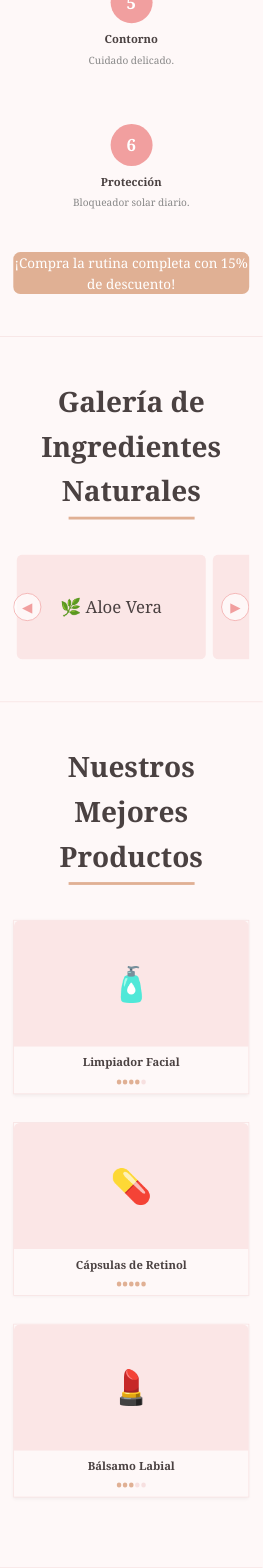
Repository: NovaSystem-DG/tienda-online
Page: index.html
An editor plug-in stored every save of this project. The page is shown before and after the next save, followed by the edit.
The browser window is 375 px wide. The pictures show the part of the page from y = 2163 to 4403 px (the page is 4403 px tall before and 4283 px after), at 70% of full size.

Above is the page before, as saved 2025-12-10 12:58:14.

### index.html
<!DOCTYPE html>
<html lang="es">

<head>
  <meta charset="UTF-8">
  <meta name="viewport" content="width=device-width, initial-scale=1.0">
  <title>Glow Beauty Co.</title>
  <link rel="stylesheet" href="style.css">
</head>

<body>
  <header class="header-nav">
    <div class="container">
      <nav class="navbar">
        <span class="logo">Glow Beauty Co.</span>
        <ul class="nav-links">
          <li><a href="#">Inicio</a></li>
          <li><a href="#">Tienda</a></li>
          <li><a href="#">Rutinas</a></li>
          <li><a href="#">Tutoriales</a></li>
          <li><a href="#">Contacto</a></li>
        </ul>
      </nav>
    </div>
  </header>

  <main>
    <section class="section what-we-do">
      <div class="container">
        <h2>Descubre el Resplandor</h2>
        <div class="line-divider"></div>
        <div class="content-row">
          <div class="video-placeholder">
            <img src="Crema-facial.jpg" alt="Placeholder de Video"
              class="video-img">

          </div>
          <div class="text-content-box">
            <h3>Nuestra Crema Hidratante Esencial</h3>

            <p class="real-text">
              La clave para una piel radiante. Nuestra crema esencial ofrece hidratación profunda por 24 horas.
              Formulada con ingredientes activos botánicos para calmar y revitalizar la piel sensible.
              Absorción rápida sin dejar residuos grasos.
            </p>

            <p class="description-text">Fórmula vegana con ácido hialurónico y niacinamida.</p>
          </div>
        </div>
        <button class="btn-primary">VER TIENDA</button>
      </div>
    </section>

    <section class="section travel-org-section">
      <div class="container">
        <h2>Tu Rutina de Belleza Perfecta</h2>
        <div class="line-divider"></div>
        <div class="grid-3-col">
          <div class="item-card">
            <div class="icon-placeholder">1</div>
            <h4>Limpieza</h4>
            <p class="step-desc">Remueve impurezas.</p>
          </div>
          <div class="item-card">
            <div class="icon-placeholder">2</div>
            <h4>Sérum</h4>
            <p class="step-desc">Tratamiento concentrado.</p>
          </div>
          <div class="item-card">
            <div class="icon-placeholder">3</div>
            <h4>Hidratación</h4>
            <p class="step-desc">Sella la humedad.</p>
          </div>
          <div class="item-card">
            <div class="icon-placeholder">4</div>
            <h4>Mascarilla</h4>
            <p class="step-desc">Nutrición semanal.</p>
          </div>
          <div class="item-card">
            <div class="icon-placeholder">5</div>
            <h4>Contorno</h4>
            <p class="step-desc">Cuidado delicado.</p>
          </div>
          <div class="item-card">
            <div class="icon-placeholder">6</div>
            <h4>Protección</h4>
            <p class="step-desc">Bloqueador solar diario.</p>
          </div>
        </div>
        <div class="full-width-placeholder">
          <p>¡Compra la rutina completa con 15% de descuento!</p>
        </div>
      </div>
    </section>

    <section class="section island-view-section">
      <div class="container">
        <h2>Galería de Ingredientes Naturales</h2>
        <div class="line-divider"></div>

        <div class="carousel-container" id="carousel-container">
          <div class="carousel-track">
            <div class="gallery-item">🌿 Aloe Vera</div>
            <div class="gallery-item">💧 Ácido Hialurónico</div>
            <div class="gallery-item">🥑 Aguacate</div>
            <div class="gallery-item">🌹 Rosa Mosqueta</div>
            <div class="gallery-item">🍃 Té Verde</div>
            <div class="gallery-item">🍊 Vitamina C</div>
          </div>
          <button class="prev-btn">◀</button>
          <button class="next-btn">▶</button>
        </div>
      </div>
    </section>

    <section class="section packages-section">
      <div class="container">
        <h2>Nuestros Mejores Productos</h2>
        <div class="line-divider"></div>
        <div class="grid-3-col">
          <div class="package-card">
            <div class="package-image">🧴</div>
            <p>Limpiador Facial</p>
            <div class="rating-dots">
              <span>•</span><span>•</span><span>•</span><span>•</span><span class="unfilled">•</span>
            </div>
          </div>
          <div class="package-card">
            <div class="package-image">💊</div>
            <p>Cápsulas de Retinol</p>
            <div class="rating-dots">
              <span>•</span><span>•</span><span>•</span><span>•</span><span>•</span>
            </div>
          </div>
          <div class="package-card">
            <div class="package-image">💄</div>
            <p>Bálsamo Labial</p>
            <div class="rating-dots">
              <span>•</span><span>•</span><span>•</span><span class="unfilled">•</span><span class="unfilled">•</span>
            </div>
          </div>
        </div>
        <div class="text-line medium spacer-line"></div>
        <div class="text-line small"></div>
      </div>
    </section>
  </main>

  <footer class="footer">
    <div class="container">
    </div>
  </footer>

  <script>
document.addEventListener('DOMContentLoaded', function() {
    const carouselContainer = document.getElementById('carousel-container');
    if (!carouselContainer) return;

    const track = carouselContainer.querySelector('.carousel-track');
    const items = carouselContainer.querySelectorAll('.gallery-item');
    const prevButton = carouselContainer.querySelector('.prev-btn');
    const nextButton = carouselContainer.querySelector('.next-btn');


    let currentIndex = 0;
    const maxIndex = items.length - 3;


    function updateCarousel() {
        const offset = -currentIndex * (100 / 3);
        track.style.transform = `translateX(${offset}%)`;
    }

    nextButton.addEventListener('click', () => {
        if (currentIndex < maxIndex) {
            currentIndex++;
        } else {
            currentIndex = 0;
        }
        updateCarousel();
    });

    prevButton.addEventListener('click', () => {
        if (currentIndex > 0) {
            currentIndex--;
        } else {
            currentIndex = maxIndex;
        }
        updateCarousel();
    });

    updateCarousel();
});


  </script>
</body>

</html>

### style.css
:root {
    --primary-color: #f19f9f;
    --accent-color: #e0b094;
    --light-bg-color: #fef8f8;
    --dark-text: #4a4141;
    --light-text: #ffffff;
    --border-color: #f7e0e0;
    --placeholder-color: #fbe6e6;
}

* {
    box-sizing: border-box;
    margin: 0;
    padding: 0;
}

body {
    font-family: 'Georgia', serif;
    background-color: var(--light-bg-color);
    color: var(--dark-text);
    line-height: 1.6;
}

.container {
    width: 90%;
    max-width: 1200px;
    margin: 0 auto;
}

a {
    text-decoration: none;
    color: inherit;
    transition: color 0.3s;
}

.header-nav {
    background-color: var(--primary-color);
    color: var(--light-text);
    padding: 15px 0;
}

.navbar {
    display: flex;
    justify-content: space-between;
    align-items: center;
}

.logo {
    font-weight: bold;
    font-size: 1.5em;
    letter-spacing: 1px;
}

.nav-links {
    list-style: none;
    display: flex;
}

.nav-links li {
    margin-left: 25px;
}

.nav-links a:hover {
    color: var(--accent-color);
}


.section {
    padding: 60px 0;
    text-align: center;
    border-bottom: 1px solid var(--border-color);
}

h2 {
    font-size: 2.5em;
    margin-bottom: 5px;
    color: var(--dark-text);
}

.line-divider {
    width: 180px;
    height: 4px;
    background-color: var(--accent-color);
    margin: 0 auto 50px auto;
}


.what-we-do .content-row {
    display: flex;
    align-items: center;
    justify-content: center;
    gap: 40px;
    margin-bottom: 30px;
}


.video-placeholder {
    width: 350px;
    height: 200px;
    border-radius: 12px;
    box-shadow: 0 4px 8px rgba(0, 0, 0, 0.05);
    position: relative; /* Para posicionar el ícono de play */
    overflow: hidden;
    cursor: pointer;
}

.video-placeholder .video-img {
    width: 100%;
    height: 100%;
    object-fit: cover;
    display: block;
}



.text-content-box {
    width: 450px;
    padding: 25px;
    border: 2px solid var(--placeholder-color);
    border-radius: 12px;
    text-align: left;
}

.text-content-box h3 {
    color: var(--accent-color);
    margin-bottom: 10px;
}

.real-text {
    margin-bottom: 15px;
    color: var(--dark-text);
}

.description-text {
    color: var(--dark-text);
    font-style: italic;
    margin-top: 15px;
}


.text-line { display: none; }
.item-card .text-line { display: block; }


.btn-primary {
    background-color: var(--accent-color);
    color: var(--light-text);
    border: none;
    padding: 12px 30px;
    border-radius: 30px;
    cursor: pointer;
    font-weight: bold;
    letter-spacing: 1px;
    margin-top: 10px;
    transition: background-color 0.3s;
}

.btn-primary:hover {
    background-color: #c99c7d;
}


.grid-3-col {
    display: grid;
    grid-template-columns: repeat(3, 1fr);
    gap: 40px;
    max-width: 1000px;
    margin: 0 auto 40px auto;
}

.item-card {
    text-align: center;
    padding: 20px;
}

.icon-placeholder {
    width: 60px;
    height: 60px;
    background-color: var(--primary-color);
    color: var(--light-text);
    border-radius: 50%;
    display: flex;
    justify-content: center;
    align-items: center;
    font-weight: bold;
    font-size: 1.5em;
    margin: 0 auto 10px auto;
}

.item-card h4 {
    color: var(--dark-text);
    margin-bottom: 5px;
}

.step-desc {
    font-size: 0.9em;
    color: #888;
}

.full-width-placeholder {
    height: 60px;
    background-color: var(--accent-color);
    color: var(--light-text);
    border-radius: 10px;
    max-width: 900px;
    margin: 0 auto;
    display: flex;
    justify-content: center;
    align-items: center;
    font-size: 1.2em;
}


.island-view-section {
    overflow: hidden;
}

.carousel-container {
    position: relative;
    max-width: 900px;
    margin: 0 auto;
    overflow: hidden;
}

.carousel-track {
    display: flex;
    transition: transform 0.5s ease-in-out;
}

.gallery-item {
    flex: 0 0 33.33%;
    height: 150px;
    background-color: var(--placeholder-color);
    border-radius: 8px;
    font-size: 1.5em;
    color: var(--dark-text);
    display: flex;
    flex-direction: column;
    justify-content: center;
    align-items: center;
    text-align: center;
    padding: 15px;
    margin: 0 10px;
}

.prev-btn, .next-btn {
    position: absolute;
    top: 50%;
    transform: translateY(-50%);
    background: rgba(255, 255, 255, 0.7);
    border: 1px solid var(--primary-color);
    color: var(--primary-color);
    padding: 10px;
    cursor: pointer;
    z-index: 10;
    border-radius: 50%;
    font-size: 1.2em;
    width: 40px;
    height: 40px;
    display: flex;
    justify-content: center;
    align-items: center;
}

.prev-btn { left: 0; }
.next-btn { right: 0; }



.package-card {
    border: 1px solid var(--border-color);
    box-shadow: 0 2px 5px rgba(0, 0, 0, 0.05);
    transition: transform 0.3s;
}

.package-card:hover {
    transform: translateY(-5px);
}

.package-image {
    width: 100%;
    height: 180px;
    background-color: var(--placeholder-color);
    font-size: 3em;
    display: flex;
    justify-content: center;
    align-items: center;
    border-radius: 8px 8px 0 0;
}

.package-card p {
    font-weight: bold;
    margin-top: 10px;
    color: var(--dark-text);
}

.rating-dots {
    margin-top: 5px;
}

.rating-dots span {
    color: var(--accent-color);
    font-size: 1.5em;
    line-height: 0;
}

.rating-dots .unfilled {
    color: var(--border-color);
}

/* diseño responsive */

/* header */

@media (max-width: 768px) {
    .nav-links {
        display: none;
    }

    .logo {
        font-size: 1.3em;
    }
}

/* seccion principal */
@media (max-width: 768px) {
    .what-we-do .content-row {
        flex-direction: column;
        gap: 20px;
    }

    .text-content-box {
        width: 100%;
        padding: 20px;
    }

    .video-placeholder {
        width: 100%;
        height: auto;
    }
}

/* grid */
@media (max-width: 900px) {
    .grid-3-col {
        grid-template-columns: repeat(2, 1fr);
    }
}

@media (max-width: 600px) {
    .grid-3-col {
        grid-template-columns: 1fr;
    }
}

/* Carrucel */
@media (max-width: 768px) {
    .gallery-item {
        flex: 0 0 80%; /* Ocupa casi toda la pantalla */
        margin: 0 5px;
    }

    .carousel-container {
        max-width: 100%;
    }
}

After the next save:
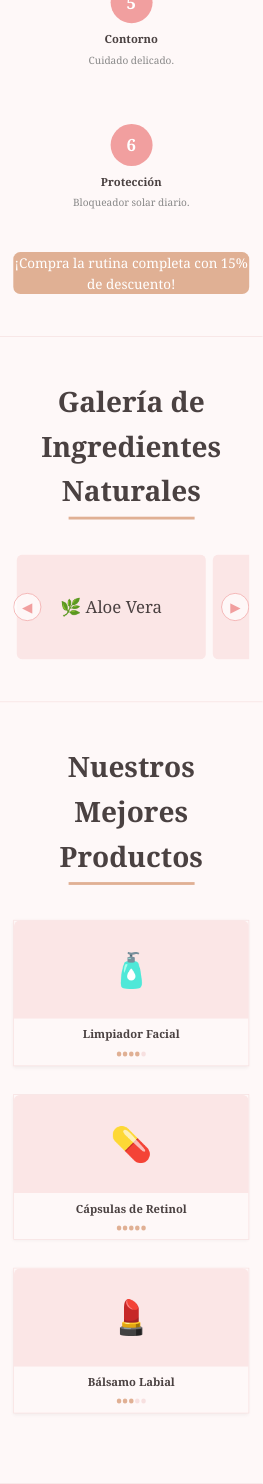
Saved 11 s later.
--- a/style.css
+++ b/style.css
@@ -364,3 +364,10 @@
         max-width: 100%;
     }
 }
+
+/* productos */
+@media (max-width: 600px) {
+    .package-image {
+        height: 140px;
+    }
+}
